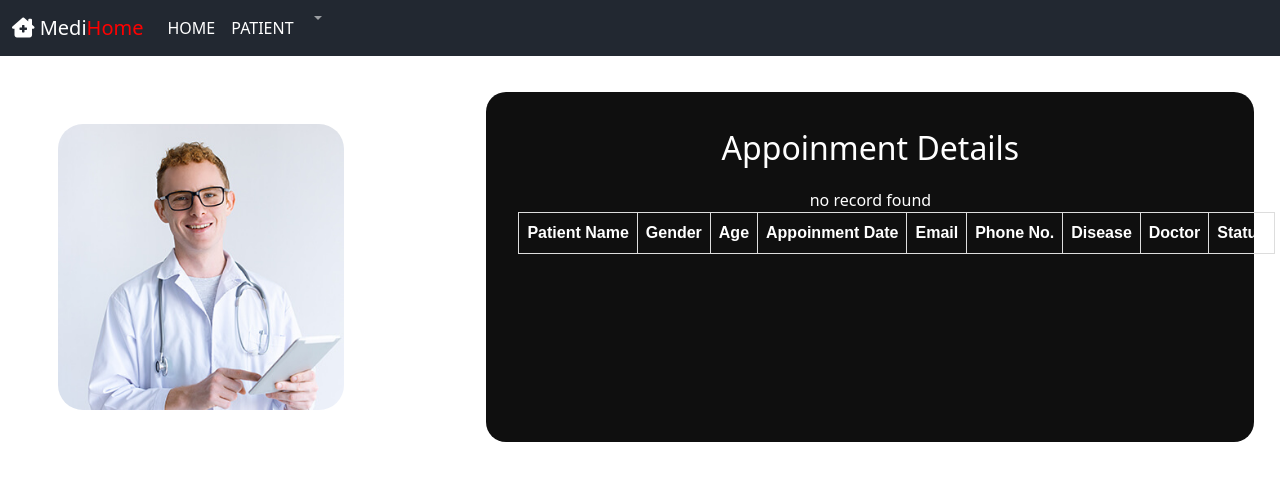
Repository: SparshGarg1/Hospital-Management-System
Page: http://localhost/Hospital/doctorpatient.jsp
An editor plug-in stored every save of this project. The page is shown before and after the next save, followed by the edit.
The browser window is 1280 px wide. The pictures show the whole page.
Some web libraries are served in a nearby version. The page is served by Tomcat 9. Queries for data that is not in the repository find no rows.

Above is the page before, as saved 2022-08-20 04:43:04.

After the next save:
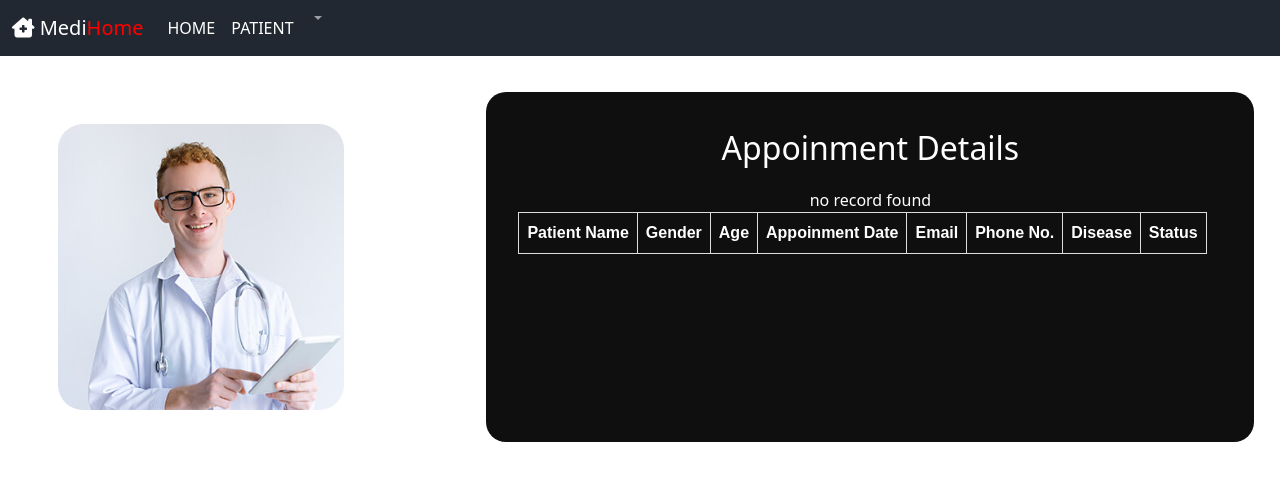
Saved 4 s later.
--- a/Hospital/WebContent/doctorpatient.jsp
+++ b/Hospital/WebContent/doctorpatient.jsp
@@ -161,7 +161,6 @@
               <th class="tr1">Email</th>
               <th class="tr1">Phone No.</th>
               <th class="tr1">Disease</th>
-              <th class="tr1">Doctor</th>
               <th class="tr1">Status</th>
             </tr>
 
